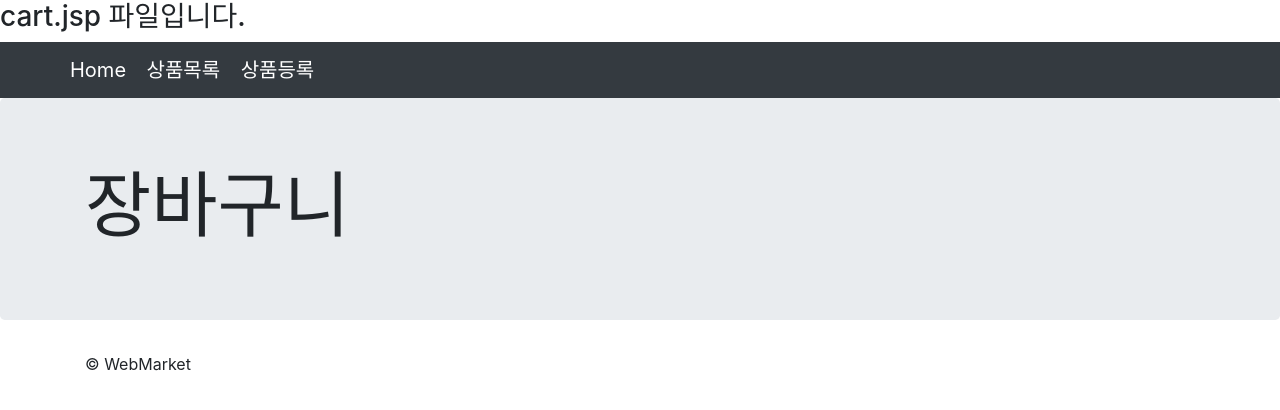
Repository: davisbyun/ai
Page: http://localhost/WebMarket/cart.jsp
An editor plug-in stored every save of this project. The page is shown before and after the next save, followed by the edit.
The browser window is 1280 px wide. The pictures show the whole page.
The page is served by Tomcat 9. Other server files are loaded and not shown.

Above is the page before, as saved 2024-01-24 03:44:21.

### WebMarket/src/main/webapp/cart.jsp
<%@ page language="java" contentType="text/html; charset=UTF-8"
    pageEncoding="UTF-8"%>
<%@ page import="java.util.ArrayList" %>
<%@ page import="dto.Product" %>
<%@ page import="dao.ProductRepository" %>

<!DOCTYPE html>
<html>
<head>
<meta charset="UTF-8">
<title>장바구니</title>
</head>
<link rel="stylesheet" href="./css/bootstrap.min.css"/>
<body>
<h3>cart.jsp 파일입니다.</h3>
	<%
	   String cartId = session.getId();  // 세션으로 만들 때 자동으로 만들어지는 고유한 ID 값을 얻기
	%>
	<jsp:include page="menu.jsp"></jsp:include>
	<div class="jumbotron">
    <div class="container">
        <h1 class="display-3"> 장바구니 </h1>
    </div>
    </div>

    <jsp:include page="footer.jsp"></jsp:include>
</body>
</html>

### WebMarket/src/main/webapp/menu.jsp
<%@ page language="java" contentType="text/html; charset=UTF-8"
    pageEncoding="UTF-8"%>
<!DOCTYPE html>
<html>
<head>
<meta charset="UTF-8">
<title>Insert title here</title>
<link rel="stylesheet" href="https://cdn.jsdelivr.net/npm/bootstrap@4.0.0/dist/css/bootstrap.min.css" integrity="sha384-Gn5384xqQ1aoWXA+058RXPxPg6fy4IWvTNh0E263XmFcJlSAwiGgFAW/dAiS6JXm" crossorigin="anonymous">
</head>
<body>
	 <nav class="navbar navbar-expand navbar-dark bg-dark">
    <div class="container">
        <div class="navbar-header">
            <a class="navbar-brand" href="./welcome.jsp">Home</a>
            <a class="navbar-brand" href="./welcome.jsp">상품목록</a>
            <a class="navbar-brand" href="./welcome.jsp">상품등록</a>
         </div>
     </div>
   </nav>
</body>
</html>

### WebMarket/src/main/webapp/footer.jsp
<%@ page language="java" contentType="text/html; charset=UTF-8"
    pageEncoding="UTF-8"%>
<!DOCTYPE html>
<html>
<head>
<meta charset="UTF-8">
<title>Insert title here</title>
 <link rel="stylesheet" href="https://cdn.jsdelivr.net/npm/bootstrap@4.0.0/dist/css/bootstrap.min.css" integrity="sha384-Gn5384xqQ1aoWXA+058RXPxPg6fy4IWvTNh0E263XmFcJlSAwiGgFAW/dAiS6JXm" crossorigin="anonymous">
</head>
<body>
     <footer class="container">
	    <p>&copy; WebMarket</p>
	 </footer>
</body>
</html>

Loaded but not shown: WebMarket/src/main/webapp/css/bootstrap.min.css (library)

After the next save:
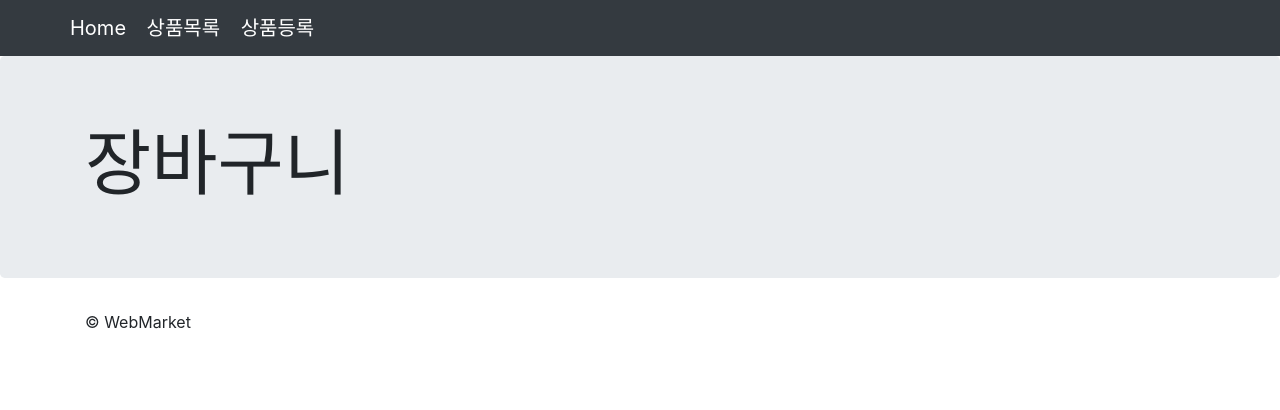
Saved 79 s later.
--- a/WebMarket/src/main/webapp/cart.jsp
+++ b/WebMarket/src/main/webapp/cart.jsp
@@ -8,11 +8,11 @@
 <html>
 <head>
 <meta charset="UTF-8">
-<title>장바구니</title>
+<title>장바구니 cart.jsp</title>
 </head>
 <link rel="stylesheet" href="./css/bootstrap.min.css"/>
 <body>
-<h3>cart.jsp 파일입니다.</h3>
+
 	<%
 	   String cartId = session.getId();  // 세션으로 만들 때 자동으로 만들어지는 고유한 ID 값을 얻기
 	%>
